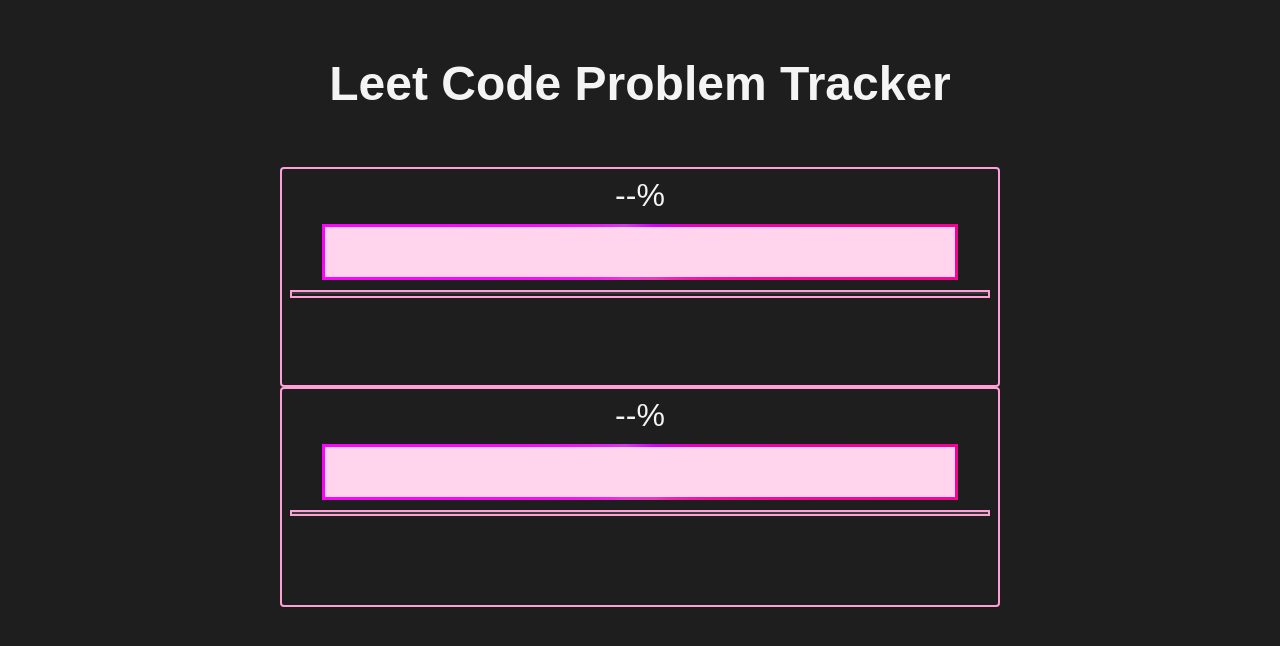
Repository: bbrockbrown/leet-code-tracker
Page: index.html
These files come from the project's save history. The page is drawn as it stood at one moment and after the next save; the edit follows.
The browser window is 1280 px wide. The pictures show the whole page.

Above is the page before, as saved 2024-07-28 17:17:18.

### index.html
<!DOCTYPE html>
<html lang="en">
<head>
    <meta charset="UTF-8">
    <meta name="viewport" content="width=device-width, initial-scale=1.0">
    <link rel="stylesheet" href="styles.css">
    <script>src="script.js"</script>
    <title>Document</title>
</head>
<body>
    <div class="main">
        <h1 id="header">Leet Code Problem Tracker</h1>
    </div>

    <div class="tracking-container">
        <!-- Have some script grab random leet code problems daily -->
        <div class="todo-tracking">
            <div class="todo-percent">--%</div>
            <div class="progressbar" id="todo-bar"> <!--% Container for progressbar --> </div>
            <table>
                <tbody>
                    <tr>
                        <th></th>
                        <th></th>
                        <th></th>
                    </tr>

                    <tr>
                        <td></td>
                        <td></td>
                        <td></td>
                    </tr>
                </tbody>
            </table>
        </div>

        <!-- Brings to page with links to completed problems, area to write
         notes about how it was solved, topics used, etc-->
        <div class="completed-tracking">
            <div class="completed-percent">--%</div>
            <div class="progressbar" id="completed-bar"> <!--% Container for progressbar --> </div>
            <table>
                <tbody>
                    <tr>
                        <th></th>
                        <th></th>
                        <th></th>
                    </tr>
                </tbody>
            </table>
        </div>
    </div>
</body>
</html>

### styles.css
:root {
    --tracking-border-color: rgb(255, 159, 213);
}

@keyframes rotate {
	to {
		--angle: 360deg;
	}
}

@property --angle {
  syntax: '<angle>';
  initial-value: 0deg;
  inherits: false;
}

head {
    display: none;
}

body {
    font-family: Arial, sans-serif;
    background: #1e1e1e;
    margin: 0;
    padding: 0;
    color: #f4f4f4;
    overflow: hidden;
    font-size: 90%;
}

.main {
    display: flex;
    flex-flow: column;
    justify-content: center;
    align-items: center;
    padding: 24px;
}

#header {
    font-size: 48px;
}

.tracking-container {
    display: flex;
    flex-flow: row wrap;
    align-items: center;
    justify-content: space-evenly;
}

.todo-tracking, .completed-tracking {
    border: 2px solid var(--tracking-border-color);
    border-radius: 4px;
    font-size: 32px;
    text-align: center;
    box-shadow: 8px rgb(255, 159, 213, 0.8);
    height: 200px;
    width: 700px;
    padding: 8px;
}

.todo-tracking:hover, .completed-tracking:hover {
    filter: brightness(85%);
}

/* progress bar fills more as more complete */
.progressbar {
    width: 90%;
    height: 50px;
    border-radius: 8px;
    background-color: rgb(255, 212, 236);
    margin: 10px auto;
    --angle: 0deg;
    /* FOR FUTURE: make it so user can change border gradient */
    --very-pink: rgb(249, 0, 141);
    --pink: rgb(233, 58, 183);
    --pinkish-purple: rgb(233, 58, 210);
    --magenta: magenta;
    --purple: rgb(213, 58, 233);
    --very-purple: rgb(212, 0, 255);
	border: 3px solid;
	border-image: conic-gradient(from var(--angle), var(--very-pink), var(--pink), var(--pinkish-purple), var(--magenta), var(--purple), var(--very-purple), var(--very-pink)) 1;
	animation: 4s rotate linear infinite;
}

table {
    width: 100%;
    margin: 0 auto;
    display: table;
    border-collapse: collapse;
    transition: box-shadow 0.3s ease-in-out;
    border: 2px solid var(--tracking-border-color);
    border-radius: 10px;
    box-shadow: #1e1e1e;
}

tbody {
    display: table-row-group;
    vertical-align: middle;
    unicode-bidi: isolate;
    border-color: inherit;
}

tr {
    display: table-row;
    vertical-align: inherit;
    unicode-bidi: isolate;
    border-color: inherit;
}

th {
    color: white;
    text-transform: uppercase;
    background-color: #373a37;
}

th:first-child, td:first-child {
    text-align: left;
}

After the next save:
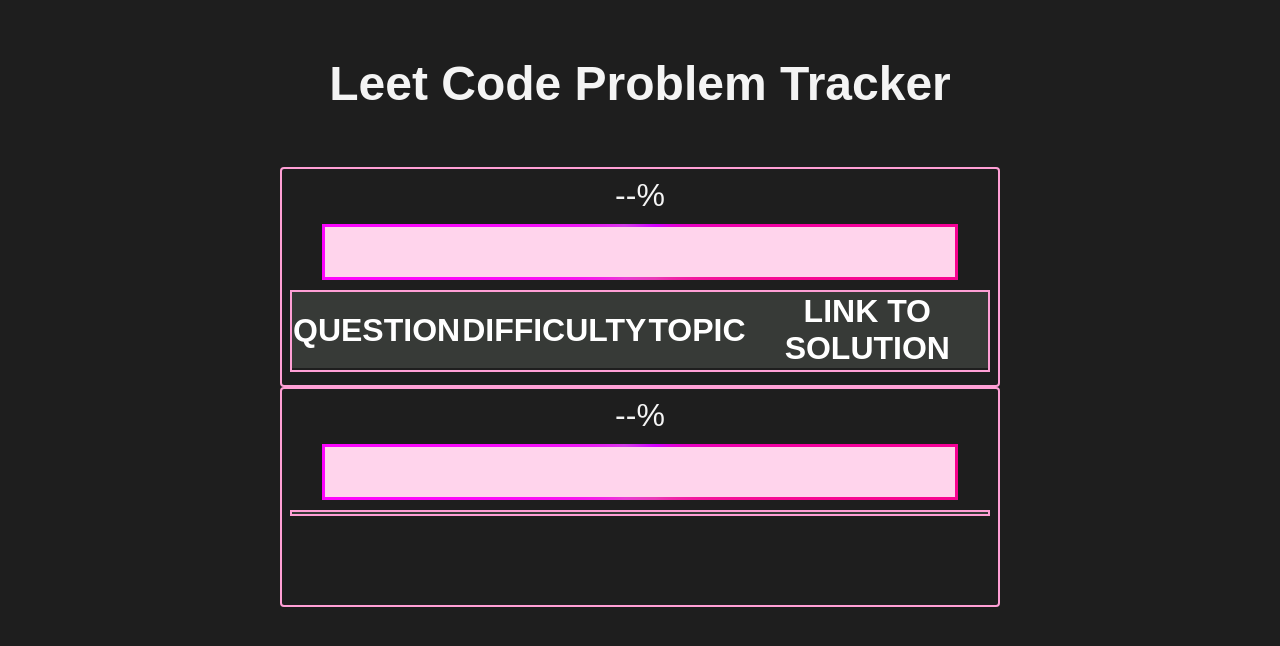
Saved 39 s later.
--- a/index.html
+++ b/index.html
@@ -20,9 +20,10 @@
             <table>
                 <tbody>
                     <tr>
-                        <th></th>
-                        <th></th>
-                        <th></th>
+                        <th>Question</th>
+                        <th>Difficulty</th>
+                        <th>Topic</th>
+                        <th>Link to Solution</th>
                     </tr>
 
                     <tr>
